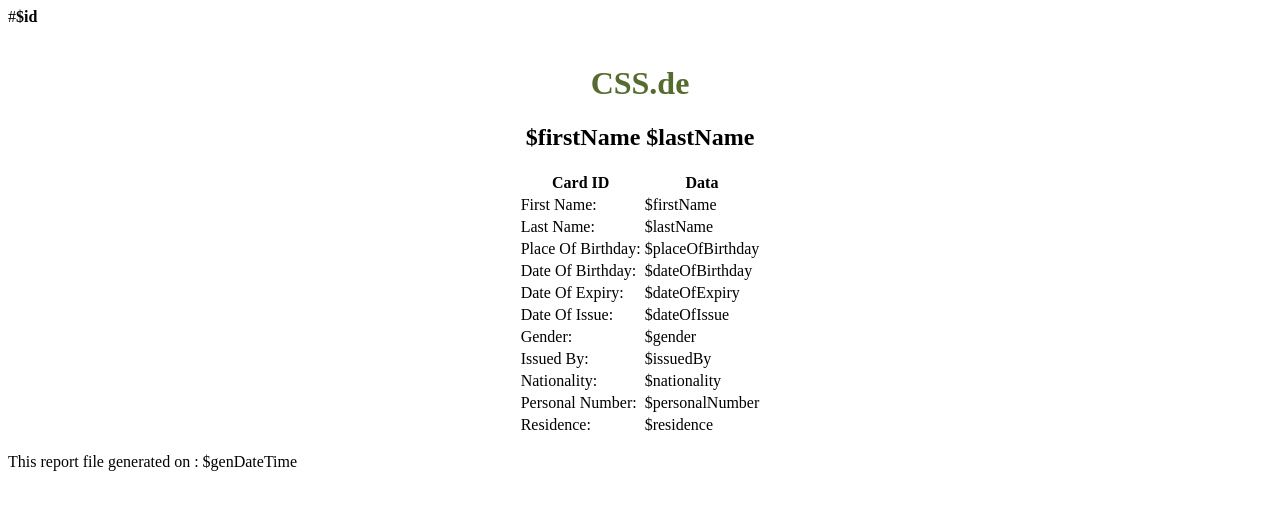
Repository: Len2/Topic4
Page: src/main/resources/templates/PDF_template.html
An editor plug-in stored every save of this project. The page is shown before and after the next save, followed by the edit.
The browser window is 1280 px wide. The pictures show the whole page.

Above is the page before, as saved 2020-09-07 11:29:33.

After the next save:
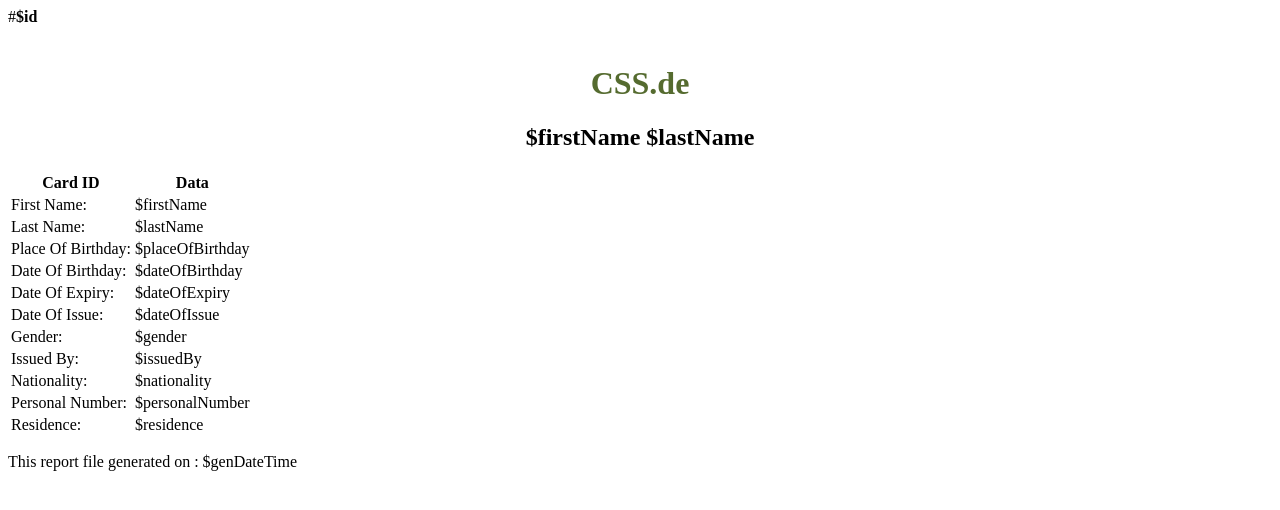
Saved 5 s later.
--- a/src/main/resources/templates/PDF_template.html
+++ b/src/main/resources/templates/PDF_template.html
@@ -10,7 +10,7 @@
 
 
 <h2 style="text-align: center;">$firstName $lastName</h2>
-    <table style="margin-left: auto; margin-right: auto;">
+    <table>
         <tr>
           <th>Card ID</th>
           <th>Data</th>
